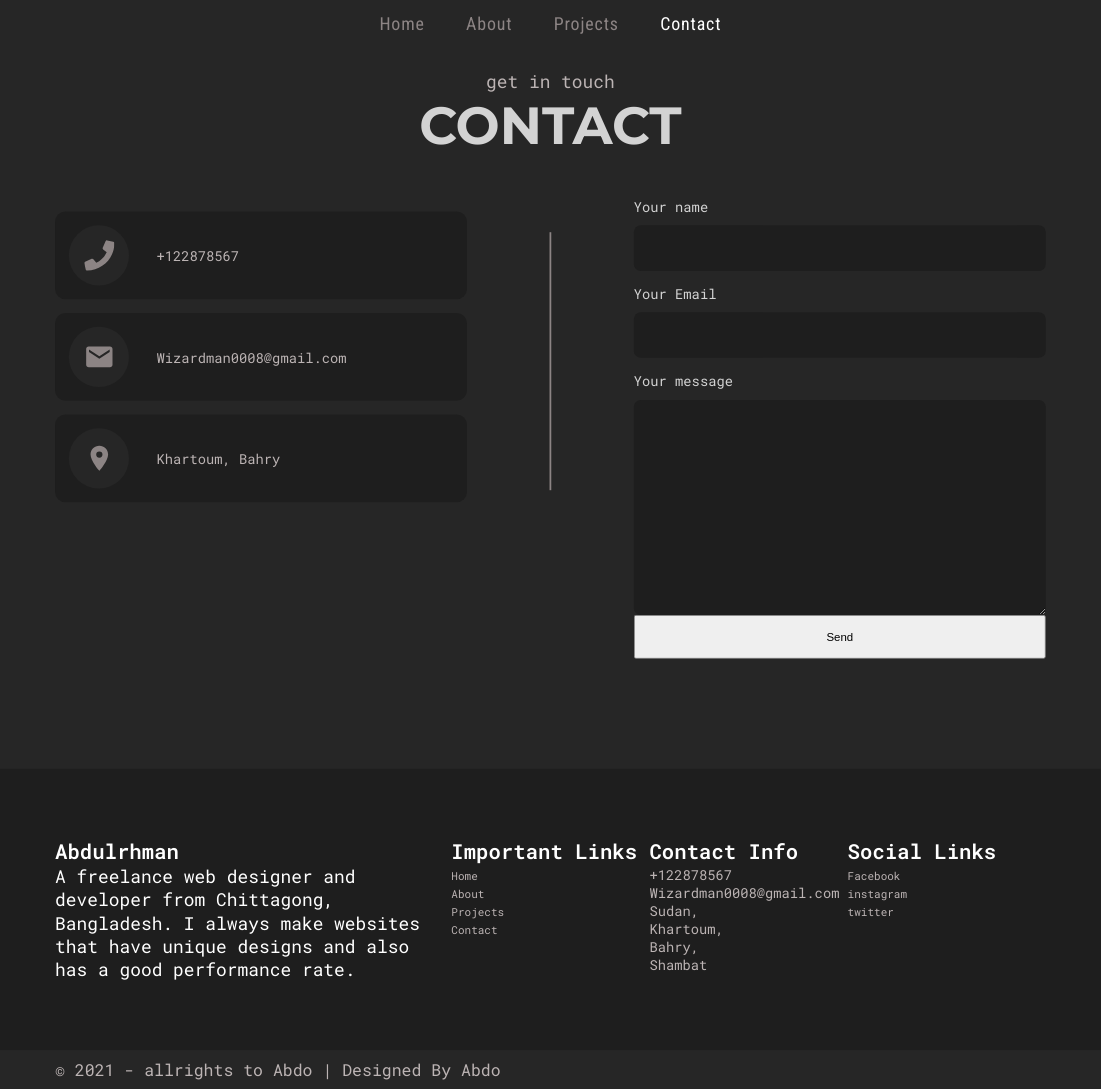
Repository: Abdoulrhman-altyeb/React-Typescript
Page: /contact
An editor plug-in stored every save of this project. The page is shown before and after the next save, followed by the edit.
The browser window is 1280 px wide. The pictures show the whole page, at 86% of full size.
The project was rebuilt for these pictures with package versions that can differ from the ones it lists, and the page was loaded fresh each time. Also part of the build but not shown: src/components/Button.tsx, src/components/ContactButton.tsx, src/components/HeroSection.tsx, src/components/AboutSection.tsx, src/assits/data/Services.ts, src/components/ServiceItems.tsx, src/components/ServicesSection.tsx, src/components/ProjectsSection.tsx and 3 more.

Above is the page before, as saved 2021-05-20 18:00:48.

After the next save:
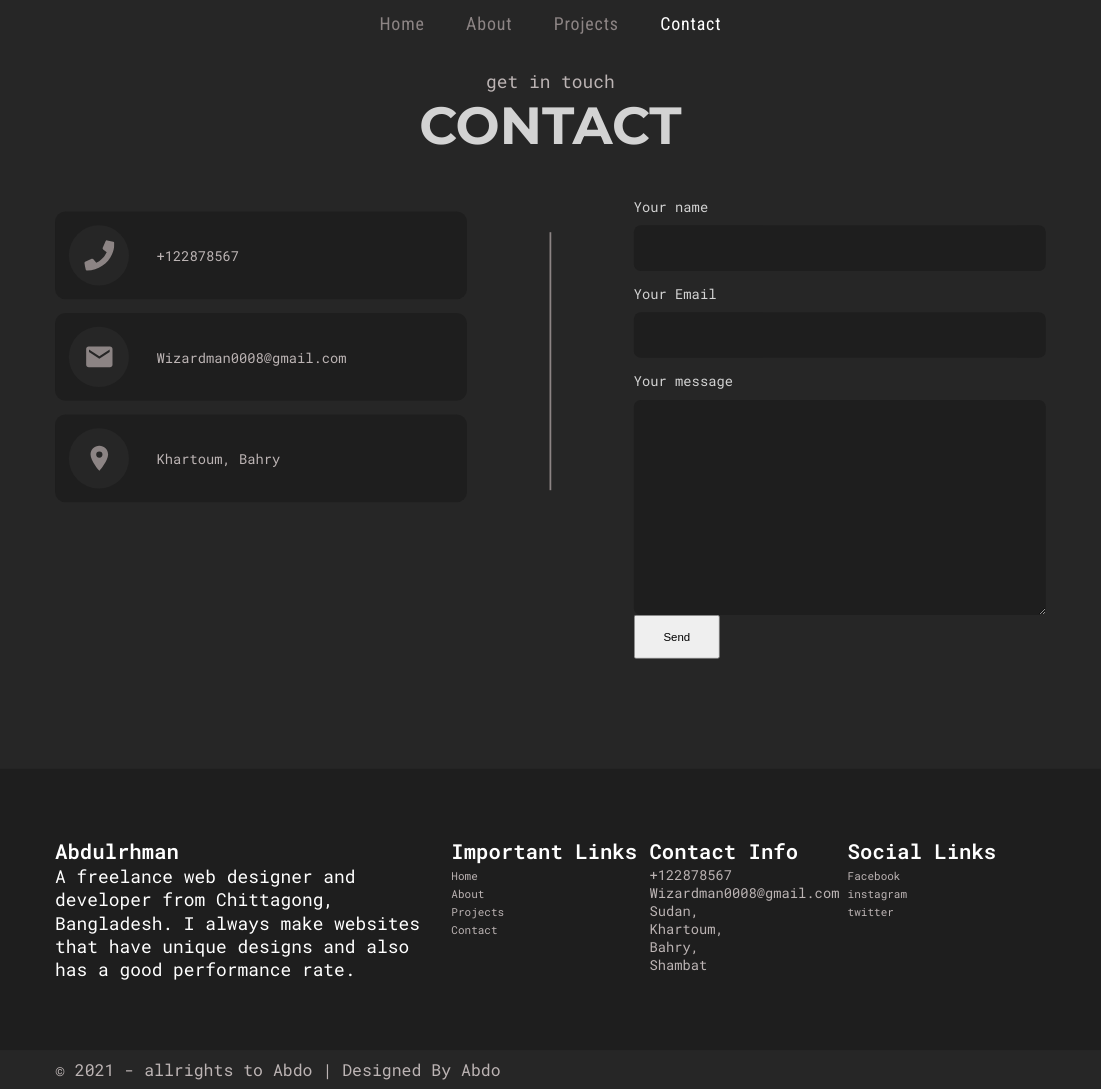
Saved 9 s later.
--- a/src/components/ContactSecion.tsx
+++ b/src/components/ContactSecion.tsx
@@ -128,8 +128,8 @@ const StyledDiv = styled.div`
         font-size:1.1rem;
     }
     .btn{
-        display: inline-block;
         padding:1rem;
+        width:100px;
     }
 `;
 
